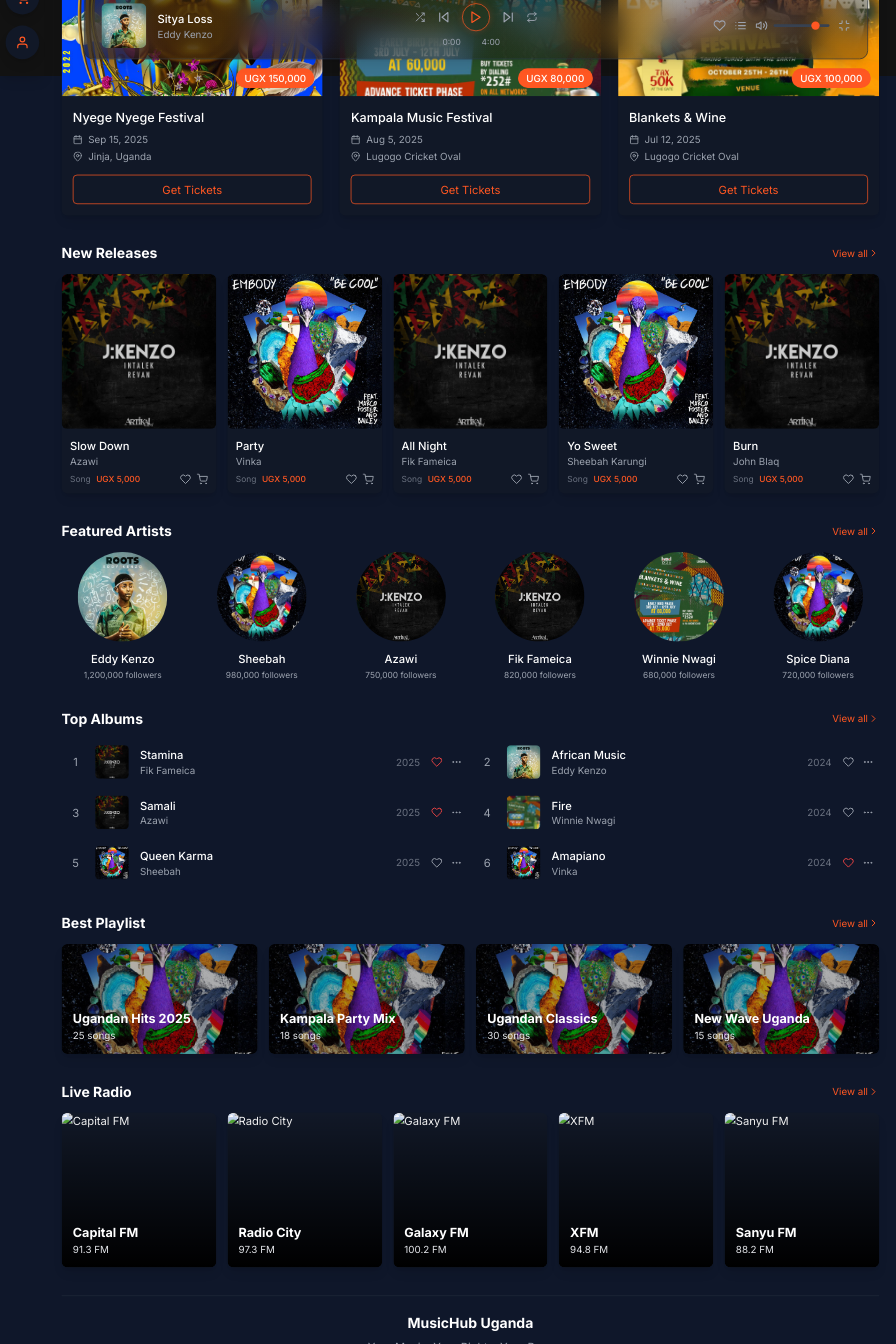
Repository: kaizoku010/sauti-box
Page: /
The author's editor kept a copy of each file at every save. The page is drawn from the files as they stood at one save, then again after a run of saves.
The browser window is 1280 px wide. The pictures show the part of the page from y = 611 to 2531 px (the page is 2669 px tall before and 2660 px after), at 70% of full size.
The project was rebuilt for these pictures with package versions that can differ from the ones it lists, and the page was loaded fresh each time. The framework's server and built-in components were replaced by stand-ins that run in the browser. Also part of the build but not shown: next.config.mjs, next.config.ts, src/components/PaymentModal.tsx.

Above is the page before, as saved 2025-04-20 20:59:33.

After the next 5 saves:
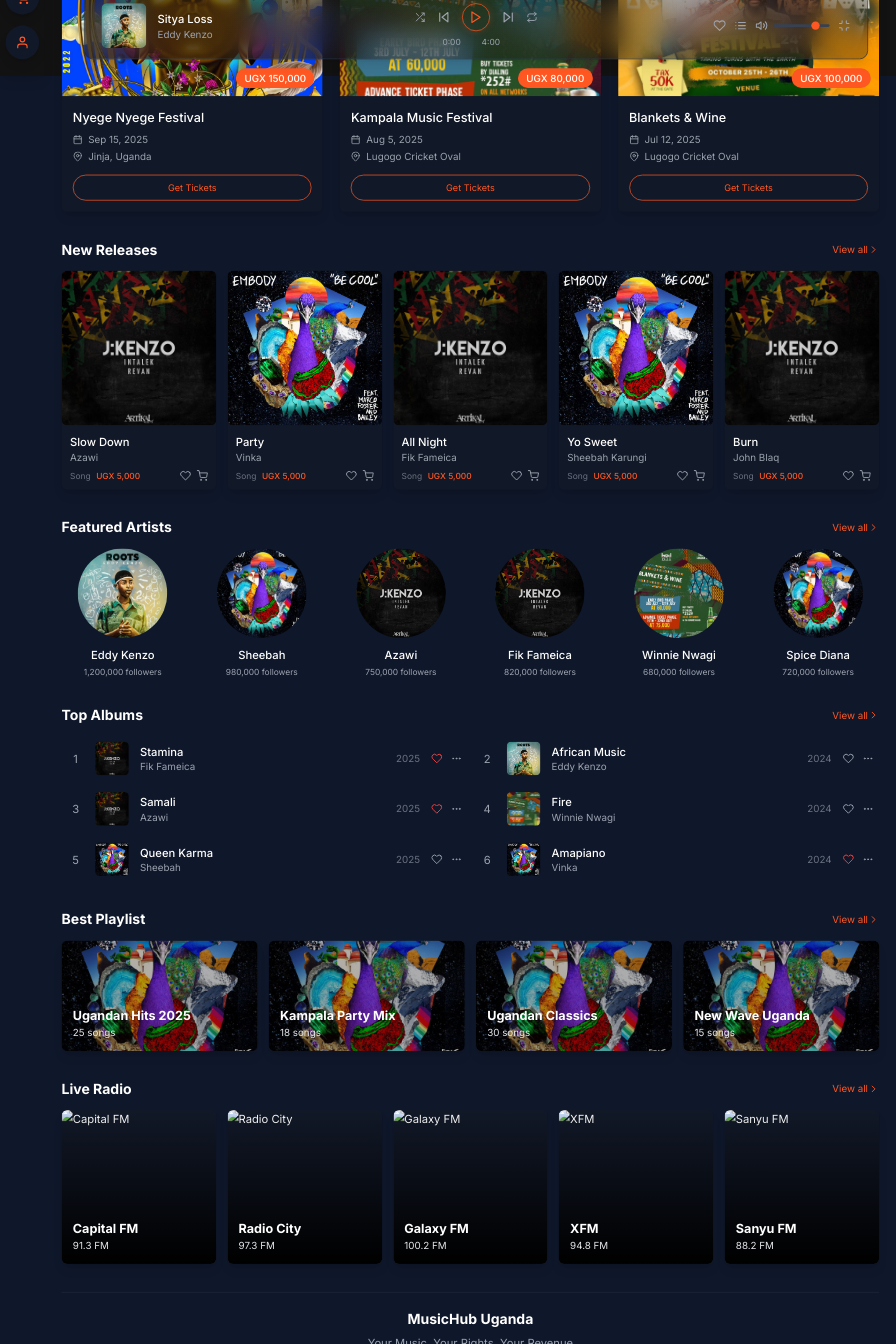
The 5 saves are shown as one change because they came seconds apart.
The last was saved 19 s later.
--- a/src/app/globals.css
+++ b/src/app/globals.css
@@ -32,7 +32,8 @@
   }
 
   .btn-primary {
-    border-radius: 30px !im;
+    border-radius: 30px !important;
+    font-size: small !important;
     @apply px-4 py-2 bg-transparent text-primary border border-primary rounded-md hover:bg-primary/10 transition-colors;
   }
 

After the 2 saves that followed:
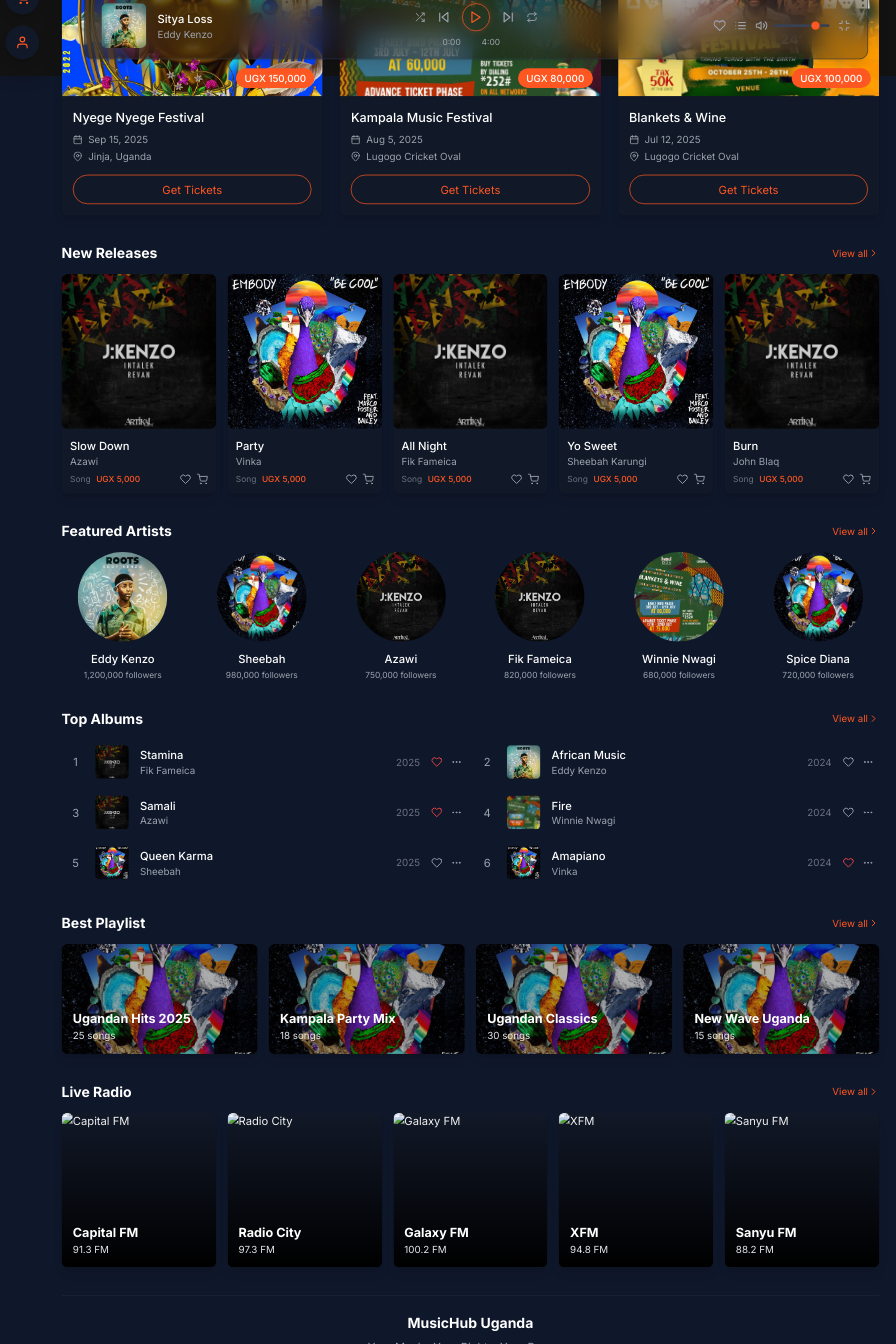
The 2 saves are shown as one change because they came seconds apart.
The last was saved 5 s later.
--- a/src/app/globals.css
+++ b/src/app/globals.css
@@ -33,7 +33,7 @@
 
   .btn-primary {
     border-radius: 30px !important;
-    font-size: small !important;
+    font-size: !important;
     @apply px-4 py-2 bg-transparent text-primary border border-primary rounded-md hover:bg-primary/10 transition-colors;
   }
 
